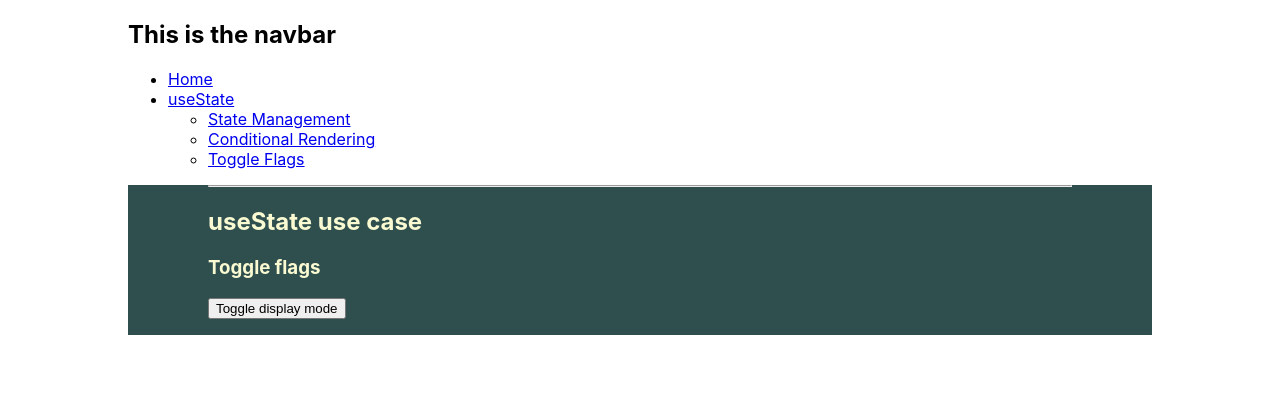
Repository: Colo-Codes/react-hooks-use-cases
Page: /usestate/toggle
An editor plug-in stored every save of this project. The page is shown before and after the next save, followed by the edit.
The browser window is 1280 px wide. The pictures show the whole page.
The project was rebuilt for these pictures with package versions that can differ from the ones it lists, and the page was loaded fresh each time. Also part of the build but not shown: src/components/Home/Home.js, src/components/UseCaseUseState/UseCaseUseState.js, src/components/UseCaseUseState/UseCaseStateManagement.js, src/components/UseCaseUseState/UseCaseConditionalRender.js.

Above is the page before, as saved 2021-09-07 09:51:13.

### src/App.js
import classes from './App.module.css';
import { BrowserRouter as Router, Route, Switch } from 'react-router-dom';
import React from 'react';
import Home from './components/Home/Home';
import UseCaseUseState from './components/UseCaseUseState/UseCaseUseState';
import Navbar from './components/Navbar/Navbar';
import UseCaseStateManagement from './components/UseCaseUseState/UseCaseStateManagement';
import UseCaseConditionalRender from './components/UseCaseUseState/UseCaseConditionalRender';
import UseCaseToggle from './components/UseCaseUseState/UseCaseToggle';

function App() {
  return (
    <div className={classes.main}>
      <Router>
        <Navbar />
        <Switch>
          <Route exact path="/">
            <Home />
          </Route>
          <Route exact path="/usestate">
            <UseCaseUseState />
          </Route>
          <Route path="/usestate/state-management">
            <UseCaseStateManagement />
          </Route>
          <Route path="/usestate/conditional-rendering">
            <UseCaseConditionalRender />
          </Route>
          <Route path="/usestate/toggle">
            <UseCaseToggle />
          </Route>
        </Switch>
      </Router>
    </div>
  );
};

export default App;

### src/App.module.css
.main {
  width: 80%;
  margin: auto;
}

### src/components/Navbar/Navbar.js
import { Link } from "react-router-dom";

const Navbar = props => {
    return (
        <nav>
            <h1>This is the navbar</h1>
            <ul>
                <li><Link to="/">Home</Link></li>
                <li><Link to="/usestate">useState</Link>
                    <ul>
                        <li><Link to="/usestate/state-management">State Management</Link></li>
                        <li><Link to="/usestate/conditional-rendering">Conditional Rendering</Link></li>
                        <li><Link to="/usestate/toggle">Toggle Flags</Link></li>
                    </ul>
                </li>
            </ul>
        </nav>
    );
};

export default Navbar;

### src/components/UseCaseUseState/UseCaseToggle.js
import { useState } from 'react';
import classes from './UseCaseToggle.module.css';

const UseCaseToggle = props => {
    const [mode, setMode] = useState(false);

    // Use setState function form because the new state depends on the previous one
    const clickHandler = () => {
        setMode(prevState => !prevState);
    };

    const toggledClass = mode ? classes.light : classes.dark;
    console.log(toggledClass);

    return (
        <div className={toggledClass}>
            <hr />
            <h2>useState use case</h2>
            <h3>Toggle flags</h3>
            <button onClick={clickHandler}>Toggle display mode</button>
        </div>
    );
};

export default UseCaseToggle;

### src/components/UseCaseUseState/UseCaseToggle.module.css
.light {
    background-color: lightgoldenrodyellow;
    color: darkslategray;
    padding: 0 5rem 1rem 5rem;
}

.dark {
    background-color: darkslategray;
    color: lightgoldenrodyellow;
    padding: 0 5rem 1rem 5rem;
}

Loaded but not shown: public/index.html (common file); src/index.js (common file); src/index.css (common file); src/reportWebVitals.js (common file)

After the next save:
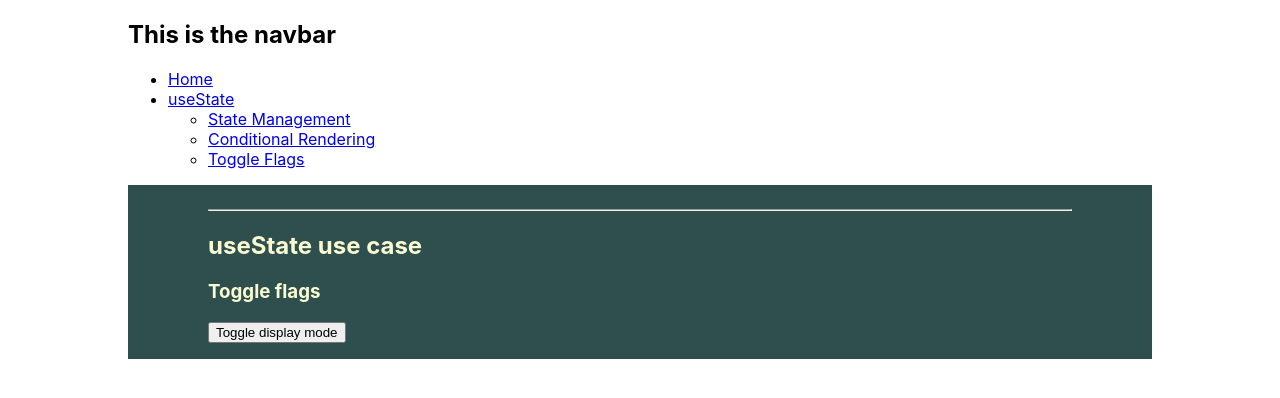
Saved 17 s later.
--- a/src/components/UseCaseUseState/UseCaseToggle.module.css
+++ b/src/components/UseCaseUseState/UseCaseToggle.module.css
@@ -1,11 +1,11 @@
 .light {
     background-color: lightgoldenrodyellow;
     color: darkslategray;
-    padding: 0 5rem 1rem 5rem;
+    padding: 1rem 5rem;
 }
 
 .dark {
     background-color: darkslategray;
     color: lightgoldenrodyellow;
-    padding: 0 5rem 1rem 5rem;
+    padding: 1rem 5rem;
 }
